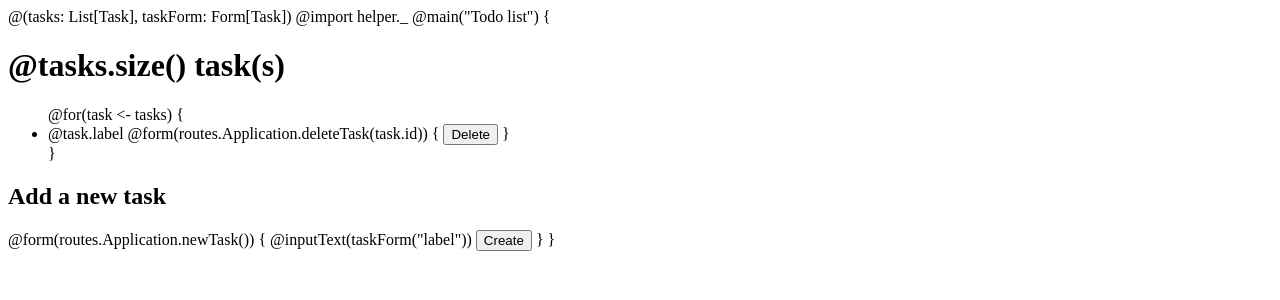
Repository: lcavalcante/si1
Page: lab2/.target/views/index.scala.html
These files come from the project's save history. The page is drawn as it stood at one moment and after the next save; the edit follows.
The browser window is 1280 px wide. The pictures show the whole page.

Above is the page before, as saved 2013-11-26 23:26:34.

After the next save:
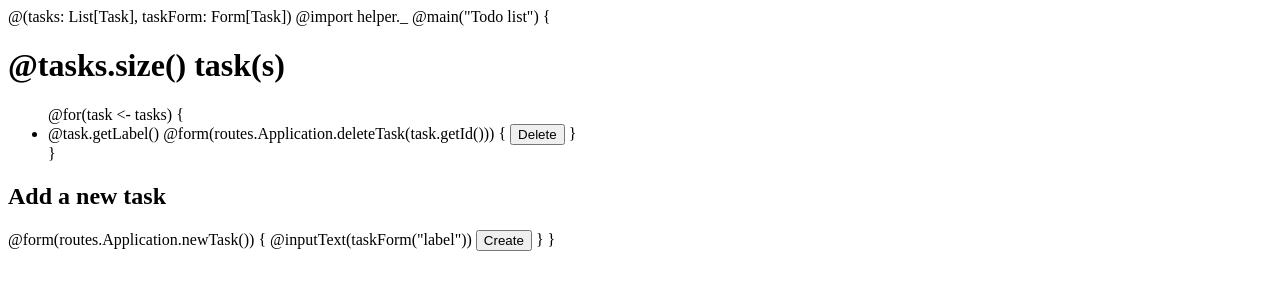
Saved 78 s later.
--- a/lab2/.target/views/index.scala.html
+++ b/lab2/.target/views/index.scala.html
@@ -9,9 +9,9 @@
     <ul>
         @for(task <- tasks) {
             <li>
-                @task.label
+                @task.getLabel()
 
-                @form(routes.Application.deleteTask(task.id)) {
+                @form(routes.Application.deleteTask(task.getId())) {
                     <input type="submit" value="Delete">
                 }
             </li>
